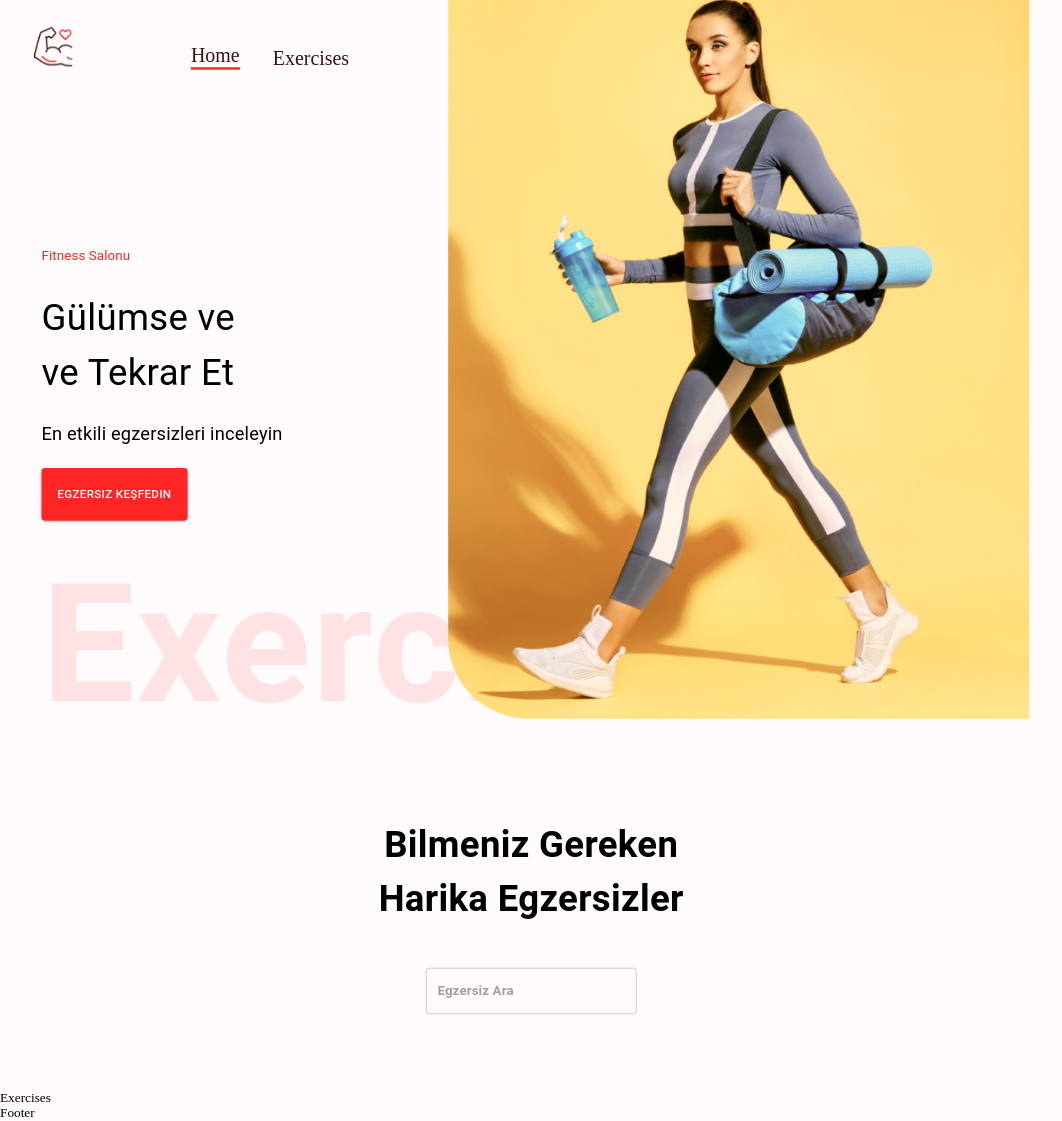
Repository: Kubraaygun/Gym_App
Page: /
These files come from the project's save history. The page is drawn as it stood at one moment and after the next save; the edit follows.
The browser window is 1280 px wide. The pictures show the whole page, at 83% of full size.
The project was rebuilt for these pictures with package versions that can differ from the ones it lists, and the page was loaded fresh each time. Also part of the build but not shown: src/pages/ExerciseDetail.js.

Above is the page before, as saved 2025-01-25 17:35:43.

### src/App.js
import React from "react";
import "./App.css";
import { Route, Routes } from "react-router-dom";
import { Box } from "@mui/material";
import ExerciseDetail from "./pages/ExerciseDetail";
import Home from "./pages/Home";
import Navbar from "./components/Navbar";
import Footer from "./components/Footer";

const App = () => {
  return (
    <Box width="400px" sx={{ width: { xl: "1488" } }} m="auto">
      <Navbar />
      <Routes>
        <Route path="/" element={<Home />} />
        <Route path="/exercise/:id" element={<ExerciseDetail />} />
      </Routes>
      <Footer />
    </Box>
  );
};

export default App;

### src/pages/Home.js
import React, { useState } from "react";
import { Box } from "@mui/material";
import HeroBanner from "../components/HeroBanner";
import SearchExercises from "../components/SearchExercises";
import Exercises from "../components/Exercises";
const Home = () => {
  return (
    <Box>
      <HeroBanner />
      <SearchExercises />
      <Exercises />
    </Box>
  );
};

export default Home;

### src/components/Navbar.js
import React from "react";
import { Link } from "react-router-dom";
import { Stack } from "@mui/material";
import Logo from "../assets/images/Logo.png";
const Navbar = () => {
  return (
    <Stack
      direction="row"
      justifyContent="space-around"
      sx={{
        gap: { sm: "122px", sx: "40px" },
        mt: { sm: "32px", xs: "20px" },
        justifyContent: "none",
      }}
      px="20px"
    >
      <Link>
        <img
          src={Logo}
          alt="logo"
          style={{ width: "48px", height: "48px", margin: "0 20px" }}
        />
      </Link>
      <Stack direction="row" gap="40px" fontSize="24px" alignItems="flex-end">
        <Link
          to="/"
          style={{
            textDecoration: "none",
            color: "#3A1212",
            borderBottom: "3px solid #FF2625",
          }}
        >
          Home
        </Link>
        <a
          href="#exercises"
          style={{
            textDecoration: "none",
            color: "#3A1212",
          }}
        >
          Exercises
        </a>
      </Stack>
    </Stack>
  );
};

export default Navbar;

### src/components/HeroBanner.js
import React from "react";
import { Box, Stack, Typography, Button } from "@mui/material";
import HeroBannerImage from "../assets/images/banner.png";
import styles from "../theme/styles.css";

const HeroBanner = () => {
  return (
    <Box
      className="banner"
      sx={{ mt: { lg: "212px", sx: "700px" }, ml: { sm: "50px" } }}
    >
      <Typography className="banner-title">Fitness Salonu</Typography>
      <Typography
        className="banner-subtitle"
        sx={{ fontSize: { lg: "44px", sx: "40px" } }}
        mb="23px"
        mt="30px"
      >
        Gülümse ve <br /> ve Tekrar Et
      </Typography>
      <Typography fontSize="22px" lineHeight="35px" mb={3}>
        En etkili egzersizleri inceleyin
      </Typography>
      <Button
        variant="contained"
        color="error"
        href="#exercises"
        sx={{ backgroundColor: "#ff2625", padding: "19px" }}
      >
        Egzersiz keşfedin
      </Button>
      <Typography
        fontWeight={600}
        color="#ff2625"
        sx={{ opacity: 0.1, display: { lg: "block", xs: "none" } }}
        fontSize="200px"
      >
        Exercise
      </Typography>
      <img src={HeroBannerImage} alt="banner" className="hero-banner-img" />
    </Box>
  );
};

export default HeroBanner;

### src/components/SearchExercises.js
import React, { useState, useEffect } from "react";
import { Box, Button, Stack, TextField, Typography } from "@mui/material";
const SearchExercises = () => {
  return (
    <Stack alignItems="center" mt="37px" justifyContent="center" p="20px">
      <Typography
        fontWeight={700}
        sx={{ fontSize: { lg: "44px", sx: "30px" } }}
        mb="50px"
        textAlign="center"
      >
        Bilmeniz Gereken <br /> Harika Egzersizler
      </Typography>
      <Box position="relative" mb="72px">
        <TextField
          sx={{
            input: { fontWeight: "700", border: "none", borderRadius: "4px" },
          }}
          height="76px"
          value=""
          onChange={(e) => {}}
          placeholder="Egzersiz Ara"
          type="text"
        />
      </Box>
    </Stack>
  );
};

export default SearchExercises;

### src/theme/styles.css
/* HeroBanner */

.banner {
  position: relative;
  padding: 20x;
}
.banner-title {
  color: #ff2625;
  font-weight: 600;
  font-size: 26px;
}
.banner-subtitle {
  font-weight: 700;
  margin-bottom: 23px;
  margin-top: 30px;
}

Loaded but not shown: public/index.html (common file); src/index.js (common file); src/App.css (common file); src/components/Footer.js (common file); src/components/Exercises.js (common file)

After the next save:
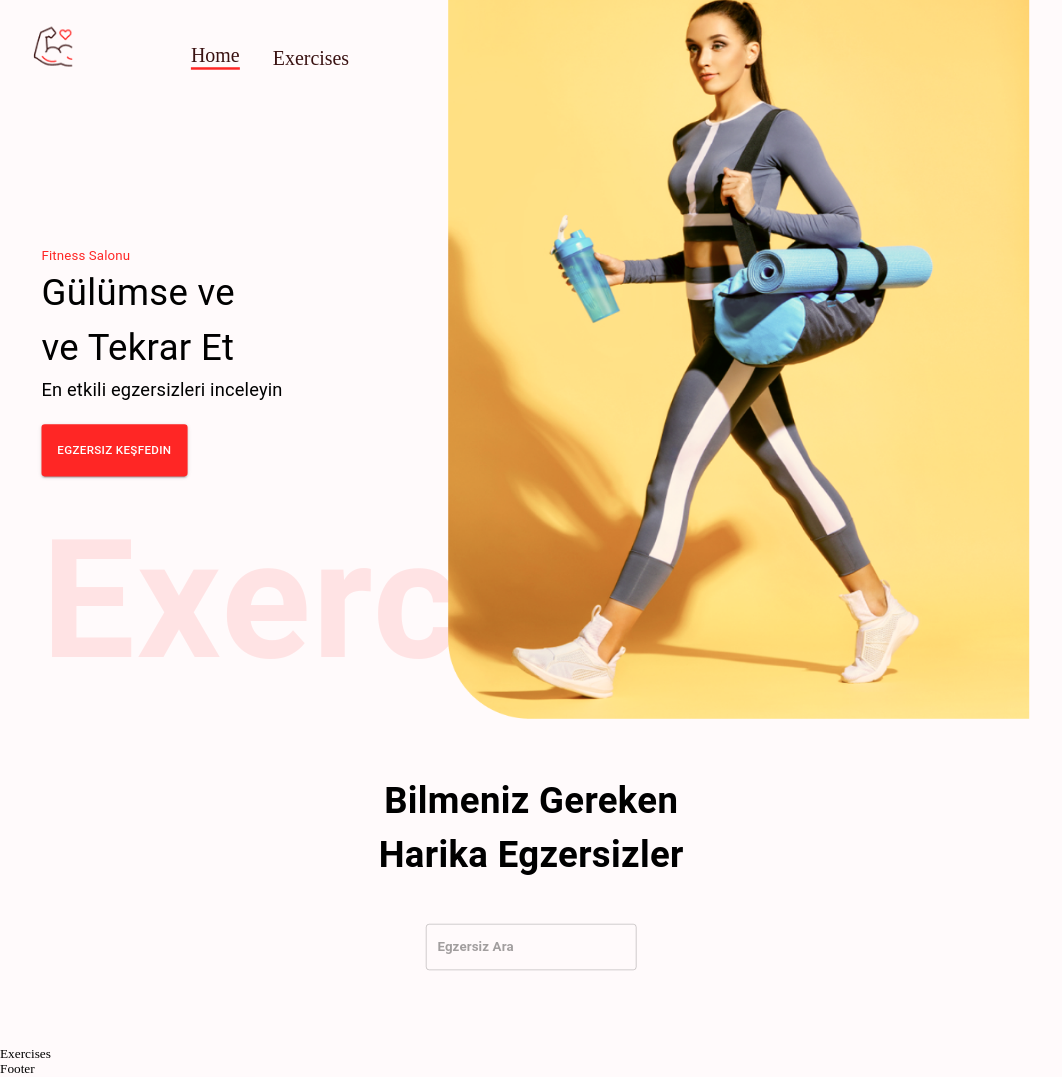
Saved 6 s later.
--- a/src/components/HeroBanner.js
+++ b/src/components/HeroBanner.js
@@ -13,8 +13,6 @@ const HeroBanner = () => {
       <Typography
         className="banner-subtitle"
         sx={{ fontSize: { lg: "44px", sx: "40px" } }}
-        mb="23px"
-        mt="30px"
       >
         Gülümse ve <br /> ve Tekrar Et
       </Typography>
